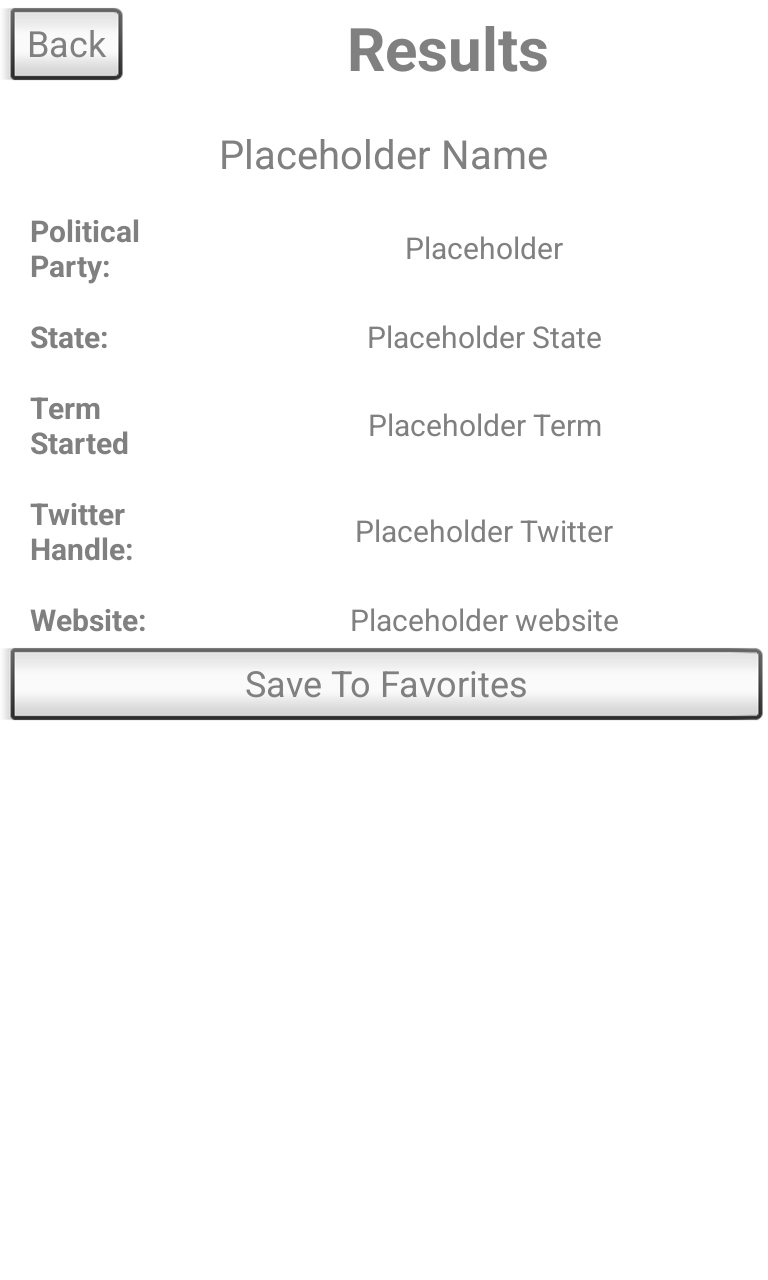
Repository: scottcaruso/Java_I_1307_Week4
Layout: myGov/res/layout/politician_display.xml
The author's editor kept a copy of each file at every save. The layout is drawn from the files as they stood at one save, then again after the next save.
It is drawn on a 768 x 1280 px phone screen (xhdpi) without system bars, with theme AppTheme; the app's code is not run.

Above is the layout before, as saved 2013-08-01 22:25:18.

### myGov/res/layout/politician_display.xml
<?xml version="1.0" encoding="utf-8"?>
<LinearLayout xmlns:android="http://schemas.android.com/apk/res/android"
    android:layout_width="match_parent"
    android:layout_height="match_parent"
    android:orientation="vertical" >


    <LinearLayout
        android:layout_width="match_parent"
        android:layout_height="wrap_content"
        android:orientation="horizontal">
	    <Button
	        android:id="@+id/back"
	        style="@android:style/Widget.Holo.Button.Inset"
	        android:layout_width="wrap_content"
	        android:layout_height="wrap_content"
	        android:hint="@string/back" />

	    <TextView
	        android:id="@+id/foundpoliticians"
	        android:layout_width="match_parent"
	        android:layout_height="wrap_content"
	        android:layout_gravity="center"
	        android:gravity="center"
	        android:hint="@string/results"
	        android:textStyle="bold"
	        android:textSize="30sp" />

    </LinearLayout>

        <TextView
            android:id="@+id/politicianName"
            android:layout_width="wrap_content"
            android:layout_height="wrap_content"
            android:layout_gravity="center_horizontal"
            android:layout_marginTop="15dp"
            android:gravity="center"
            android:hint="@string/politician_name"
            android:textSize="20sp" />

     <LinearLayout
         android:id="@+id/partyLayout"
         android:layout_width="match_parent"
         android:layout_height="wrap_content"
         android:layout_marginTop="15dp"
         android:orientation="horizontal" >

         <TextView
             android:id="@+id/partylabel"
             android:layout_width="85dp"
             android:layout_height="wrap_content"
             android:layout_marginLeft="15dp"
             android:hint="@string/political_party_"
             android:textStyle="bold"
             android:textSize="15sp" />

         <TextView
             android:id="@+id/partytext"
             android:layout_width="match_parent"
             android:layout_height="wrap_content"
             android:layout_gravity="center"
	         android:gravity="center"
             android:hint="@string/placeholder"
             android:textSize="15sp" />
     </LinearLayout>

     <LinearLayout
         android:id="@+id/stateLayout"
         android:layout_width="match_parent"
         android:layout_height="wrap_content"
         android:layout_marginTop="15dp"
         android:orientation="horizontal" >

         <TextView
             android:id="@+id/statelabel"
             android:layout_width="85dp"
             android:layout_height="wrap_content"
             android:layout_marginLeft="15dp"
             android:hint="@string/state_"
             android:textStyle="bold"
             android:textSize="15sp" />

         <TextView
             android:id="@+id/statetext"
             android:layout_width="match_parent"
             android:layout_height="wrap_content"
             android:layout_gravity="center"
	         android:gravity="center"
             android:hint="@string/placeholder_state"
             android:textSize="15sp" />

     </LinearLayout>

     <LinearLayout
         android:id="@+id/termLayout"
         android:layout_width="match_parent"
         android:layout_height="wrap_content"
         android:layout_marginTop="15dp"
         android:orientation="horizontal" >

         <TextView
             android:id="@+id/termLabel"
             android:layout_width="85dp"
             android:layout_height="wrap_content"
             android:layout_marginLeft="15dp"
             android:hint="@string/term_started"
             android:textStyle="bold"
             android:textSize="15sp" />

         <TextView
             android:id="@+id/termText"
             android:layout_width="match_parent"
             android:layout_height="wrap_content"
             android:layout_gravity="center"
	         android:gravity="center"
             android:hint="@string/placeholder_term"
             android:textSize="15sp" />

     </LinearLayout>

     <LinearLayout
         android:id="@+id/twitterlayout"
         android:layout_width="match_parent"
         android:layout_height="wrap_content"
         android:layout_marginTop="15dp"
         android:orientation="horizontal" >

         <TextView
             android:id="@+id/twitterLabel"
             android:layout_width="85dp"
             android:layout_height="wrap_content"
             android:layout_marginLeft="15dp"
             android:hint="@string/twitter_handle_"
             android:textStyle="bold"
             android:textSize="15sp" />

         <TextView
             android:id="@+id/twitterText"
             android:layout_width="match_parent"
             android:layout_height="wrap_content"
             android:layout_gravity="center"
	         android:gravity="center"
             android:hint="@string/placeholder_twitter"
             android:textSize="15sp" />

     </LinearLayout>

     <LinearLayout
         android:id="@+id/websitelayout"
         android:layout_width="match_parent"
         android:layout_height="wrap_content"
         android:layout_marginTop="15dp"
         android:orientation="horizontal" >

         <TextView
             android:id="@+id/websitelabel"
             android:layout_width="85dp"
             android:layout_height="wrap_content"
             android:layout_marginLeft="15dp"
             android:hint="@string/website_"
             android:textStyle="bold"
             android:textSize="15sp" />

         <TextView
             android:id="@+id/websiteText"
             android:layout_width="match_parent"
             android:layout_height="wrap_content"
             android:layout_gravity="center"
	         android:gravity="center"
             android:hint="@string/placeholder_website"
             android:textSize="15sp" />

     </LinearLayout>

     	<Button
	        android:id="@+id/savefavorite"
	        style="@android:style/Widget.Holo.Button.Inset"
	        android:layout_width="match_parent"
	        android:layout_height="wrap_content"
	        android:hint="@string/save_to_favorites" />
</LinearLayout>

### myGov/res/values/strings.xml
<?xml version="1.0" encoding="utf-8"?>
<resources>

    <string name="app_name">myGov</string>
    <string name="action_settings">Settings</string>
    <string name="hello_world">Hello world!</string>
    <string name="enter_zip">Enter Zip</string>
    <string name="search_now">Search Now</string>
    <string name="view_saved_politicians">View Saved Politicians</string>
    <string name="back">Back</string>
    <string name="results">Results</string>
    <string name="politician_name">Placeholder Name</string>
    <string name="political_party_">Political Party:</string>
    <string name="placeholder">Placeholder</string>
    <string name="state_">State:</string>
    <string name="placeholder_state">Placeholder State</string>
    <string name="placeholder_term">Placeholder Term</string>
    <string name="term_started">Term Started</string>
    <string name="twitter_handle_">Twitter Handle:</string>
    <string name="placeholder_twitter">Placeholder Twitter</string>
    <string name="placeholder_website">Placeholder website</string>
    <string name="website_">"Website: "</string>
    <string name="save_to_favorites">Save To Favorites</string>

</resources>

Loaded but not shown: myGov/res/values/styles.xml (common file); myGov/res/values-v11/styles.xml (common file); myGov/res/values-v14/styles.xml (common file)

After the next save:
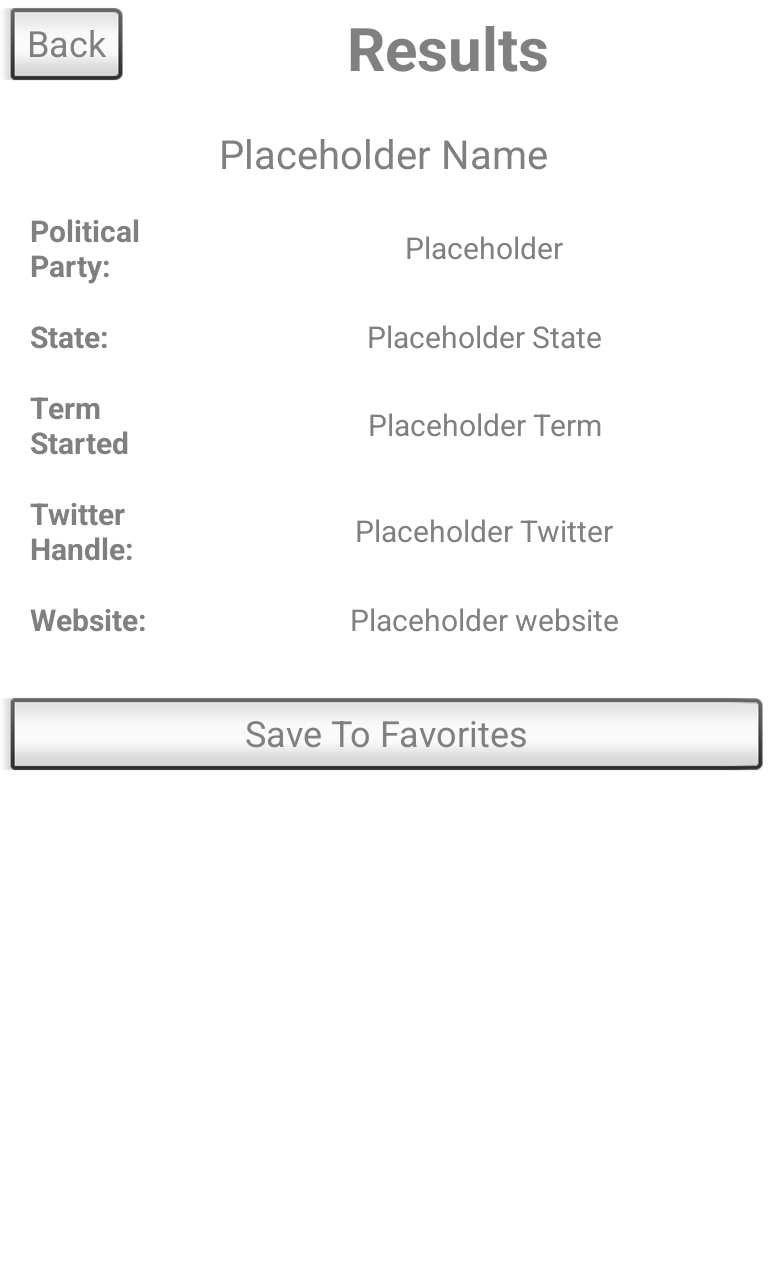
Saved 3 min 32 s later.
--- a/myGov/res/layout/politician_display.xml
+++ b/myGov/res/layout/politician_display.xml
@@ -173,9 +173,11 @@
      </LinearLayout>
 
      	<Button
-	        android:id="@+id/savefavorite"
-	        style="@android:style/Widget.Holo.Button.Inset"
-	        android:layout_width="match_parent"
-	        android:layout_height="wrap_content"
-	        android:hint="@string/save_to_favorites" />
+     	    android:id="@+id/savefavorite"
+     	    style="@android:style/Widget.Holo.Button.Inset"
+     	    android:layout_width="match_parent"
+     	    android:layout_height="wrap_content"
+     	    android:layout_marginTop="25dp"
+     	    android:hint="@string/save_to_favorites" />
+
 </LinearLayout>
